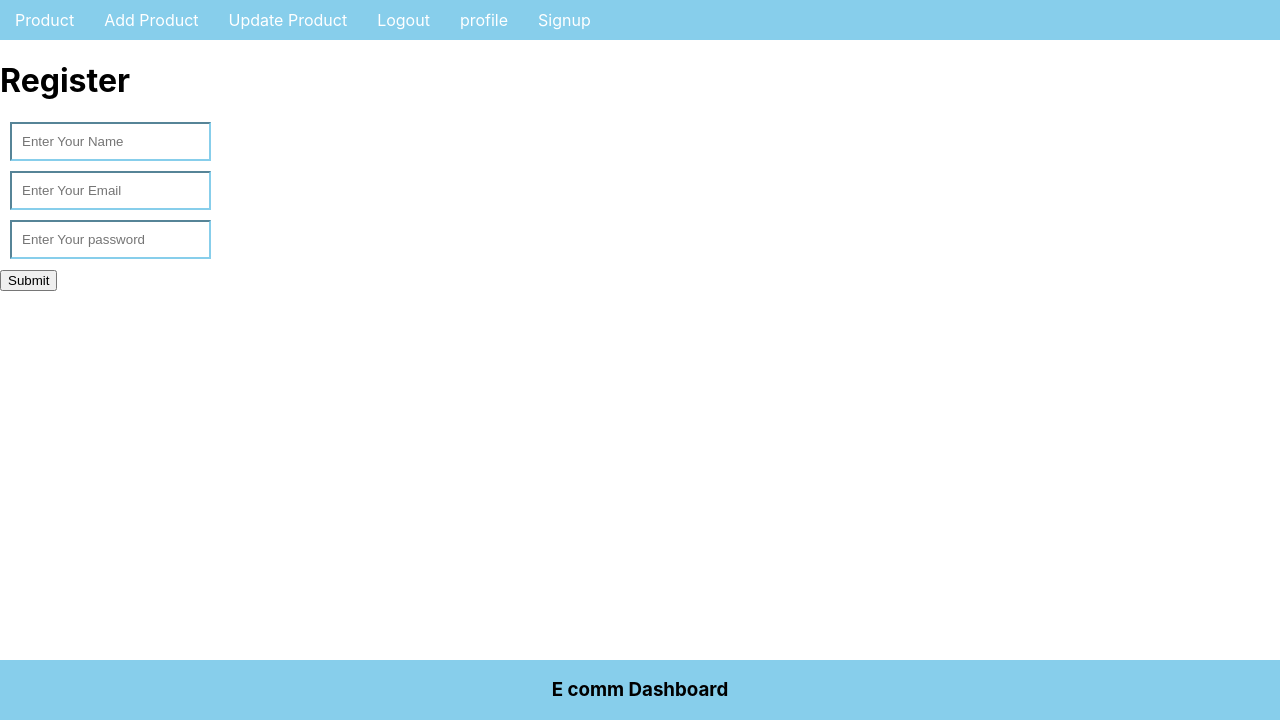
Repository: ShahbazGurmani/react-code-e-dashboard
Page: /signup
The author's editor kept a copy of each file at every save. The page is drawn from the files as they stood at one save, then again after the next save.
The browser window is 1280 px wide. The pictures show the whole page.
The project was rebuilt for these pictures with package versions that can differ from the ones it lists, and the page was loaded fresh each time.

Above is the page before, as saved 2023-08-23 22:28:55.

### src/App.js

import './App.css';
import Nav from './components/Nav';

import { BrowserRouter, Route, Routes } from 'react-router-dom';
import Footer from './components/Footer';
import Signup from './components/Signup';

function App() {
  return (
    <div className="App">
      <BrowserRouter>
        <Nav/>
        <Routes>
          <Route path='/' element={<h1>Product Listing Component</h1>}/>
          <Route path='/add' element={<h1>Add Product Component</h1>}/>
          <Route path='/update' element={<h1>Products Update Component</h1>}/>
          <Route path='/logout' element={<h1>Logout Component</h1>}/>
          <Route path='/profile' element={<h1>profile Component</h1>}/>
          <Route path='/signup' element={<Signup/>}/>
        </Routes>

        </BrowserRouter>
        <Footer/>
    </div>
  );
}

export default App;

### src/App.css
.nav-ul{
  padding: 0px;
    margin: 0;
    background-color: skyblue;
}

.nav-ul li{
  display: inline-block;
  padding: 10px;

}

.nav-ul li a{
  color: white;
    padding: 5px;
    text-decoration: none;
}
.footer{
  background-color: skyblue;
    position: absolute;
    bottom: 0;
    text-align: center;
    width: 100%;
}
.register{
  margin-left: 30%;
}
.inputBox{
  display: block;
    padding: 10px;
    margin: 10px;
    border-color: skyblue;
}
.button{
  margin: 25px;
    padding: 10px;
    width: 140px;
    background-color: skyblue;
}


@media (prefers-reduced-motion: no-preference) {
  .App-logo {
    animation: App-logo-spin infinite 20s linear;
  }
}

.App-header {
  background-color: #282c34;
  min-height: 100vh;
  display: flex;
  flex-direction: column;
  align-items: center;
  justify-content: center;
  font-size: calc(10px + 2vmin);
  color: white;
}

.App-link {
  color: #61dafb;
}

@keyframes App-logo-spin {
  from {
    transform: rotate(0deg);
  }
  to {
    transform: rotate(360deg);
  }
}

### src/components/Nav.js
import React from "react";
import { Link } from "react-router-dom";

const Nav = ()=>{
    return(
        <div>
            <ul className="nav-ul">
               <li><Link to="/">Product</Link></li>
               <li><Link to="/add">Add Product</Link></li>
               <li><Link to="/update">Update Product</Link></li>
               <li><Link to="/logout">Logout</Link></li>
               <li><Link to="/profile">profile</Link></li>
               <li><Link to="/signup">Signup</Link></li>
            </ul>
        </div>
    )

}

export default Nav;

### src/components/Footer.js
import React from "react";

const Footer =()=>
{

    return(
        <div className="footer">
            <h3>E comm Dashboard </h3>
        </div>
    )
}

export default Footer;

### src/components/Signup.js
import React from "react";

const Signup = ()=>{
    return (
        <div>
            <h1>Register</h1>
            <input className="inputBox" type="text" placeholder="Enter Your Name"/>
            <input className="inputBox"  type="text" placeholder="Enter Your Email"/>
            <input className="inputBox" type="password" placeholder="Enter Your password"/>
            <button type="submit">Submit</button>
        </div>
    )
}

export default Signup;

Loaded but not shown: public/index.html (common file); src/index.js (common file); src/index.css (common file); src/reportWebVitals.js (common file)

After the next save:
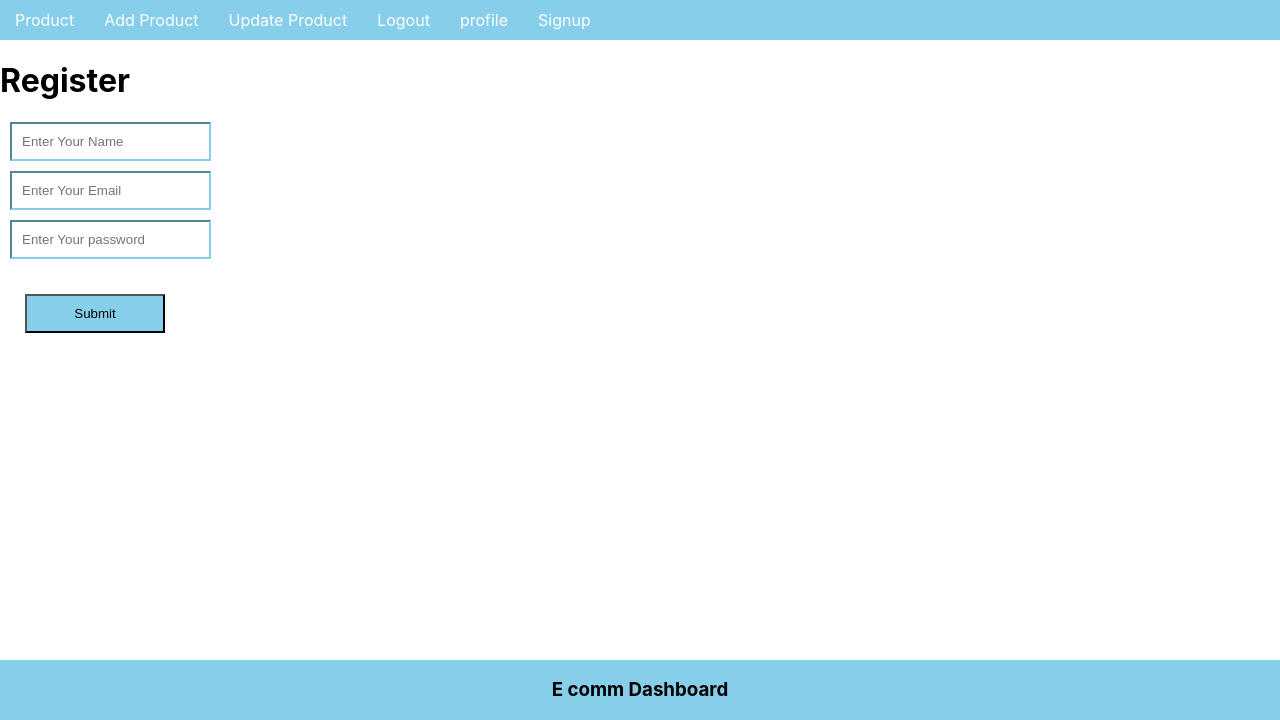
Saved 10 s later.
--- a/src/components/Signup.js
+++ b/src/components/Signup.js
@@ -7,7 +7,7 @@ const Signup = ()=>{
             <input className="inputBox" type="text" placeholder="Enter Your Name"/>
             <input className="inputBox"  type="text" placeholder="Enter Your Email"/>
             <input className="inputBox" type="password" placeholder="Enter Your password"/>
-            <button type="submit">Submit</button>
+            <button className="button" type="submit">Submit</button>
         </div>
     )
 }
